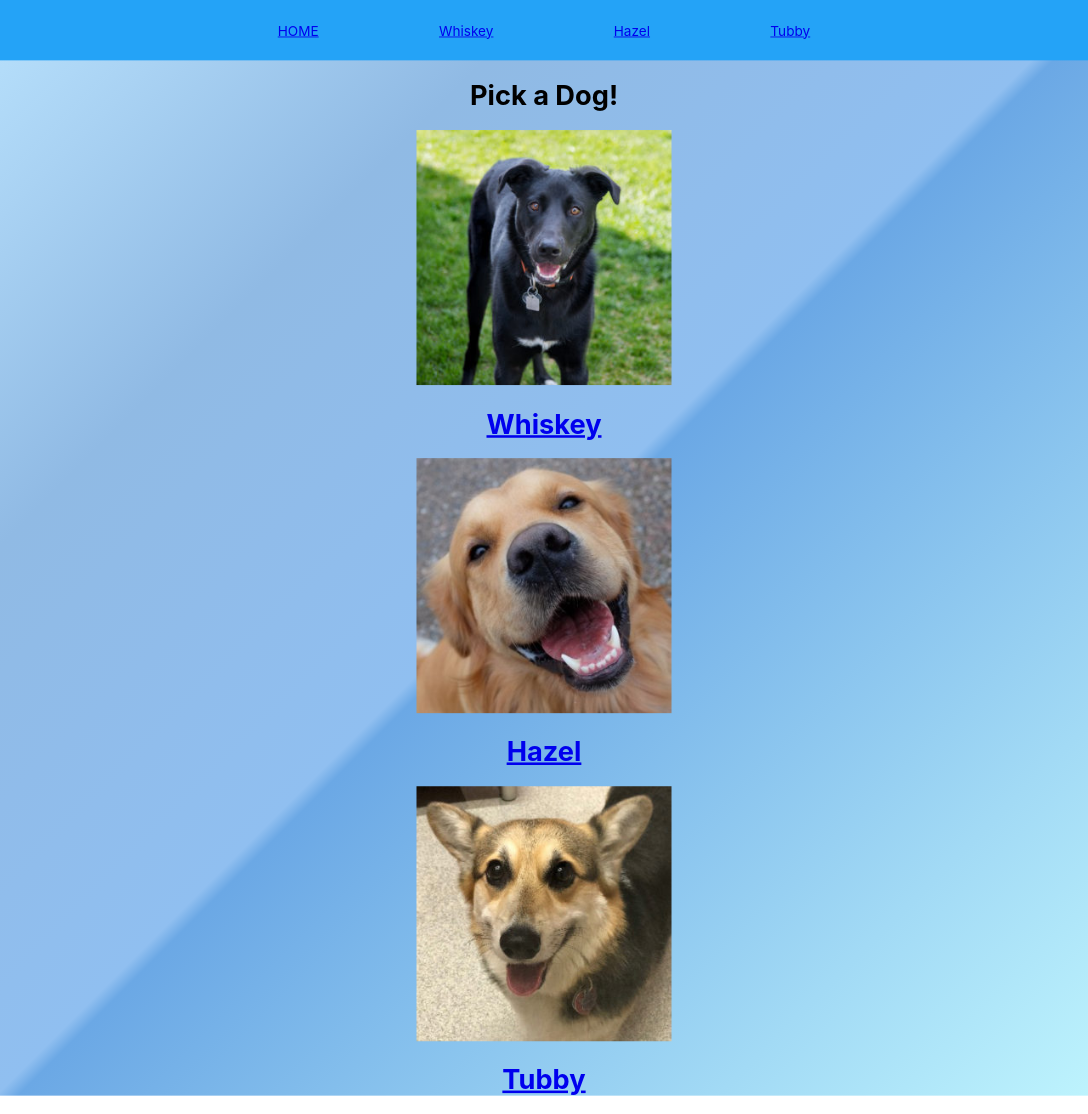
Repository: johnmutina/dog-finder
Page: /dogs
An editor plug-in stored every save of this project. The page is shown before and after the next save, followed by the edit.
The browser window is 1280 px wide. The pictures show the whole page, at 85% of full size.
The project was rebuilt for these pictures with package versions that can differ from the ones it lists, and the page was loaded fresh each time. Also part of the build but not shown: src/Dog.js.

Above is the page before, as saved 2019-07-28 15:04:18.

### src/App.js
import React, { Component } from "react";
import { Switch, Route, NavLink, Redirect } from "react-router-dom";
import DogFinder from "./DogFinder";
import Dog from "./Dog";
import "./App.css";

// Import all images in image folder
function importAll(r) {
  let images = {};
  r.keys().map((item, index) => {
    images[item.replace("./", "")] = r(item);
  });
  return images;
}

const images = importAll(
  require.context("./assets", false, /\.(gif|jpe?g|svg)$/)
);

class App extends Component {
  static defaultProps = {
    dogs: [
      {
        name: "Whiskey",
        age: 5,
        src: images["whiskey.jpg"],
        facts: [
          "Whiskey loves eating popcorn.",
          "Whiskey is a terrible guard dog.",
          "Whiskey wants to cuddle with you!"
        ]
      },
      {
        name: "Hazel",
        age: 3,
        src: images["hazel.jpg"],
        facts: [
          "Hazel has soooo much energy!",
          "Hazel is highly intelligent.",
          "Hazel loves people more than dogs."
        ]
      },
      {
        name: "Tubby",
        age: 4,
        src: images["tubby.jpg"],
        facts: [
          "Tubby is not the brightest dog",
          "Tubby does not like walks or exercise.",
          "Tubby loves eating food."
        ]
      }
    ]
  };

  render() {
    return (
      <div className="App">
        {/* NAVBAR */}
        <div className="App-navbar">
          <NavLink to="/dogs" activeClassName="App-active-navlink">
            HOME
          </NavLink>
          {this.props.dogs.map(dog => (
            <NavLink
              key={dog.name}
              to={`/dogs/${dog.name}`}
              activeClassName="App-active-navlink"
            >
              {dog.name}
            </NavLink>
          ))}
        </div>

        {/* ROUTES SETUP */}

        <Switch>
          <Route
            exact
            path="/dogs"
            render={routeProps => (
              <DogFinder dogs={this.props.dogs} {...routeProps} />
            )}
          />
          <Route
            exact
            path="/dogs/:name"
            render={routeProps => (
              <Dog
                {...this.props.dogs.filter(
                  dog => dog.name == routeProps.match.params.name
                )[0]}
                {...routeProps}
              />
            )}
          />
          <Route render={() => <Redirect to="/dogs" />} />
        </Switch>
      </div>
    );
  }
}

export default App;

### src/DogFinder.js
import React, { Component } from "react";
import { Link } from "react-router-dom";
import Dog from "./Dog";

class DogFinder extends Component {
  render() {
    return (
      <div className="DogFinder">
        <h1>Pick a Dog!</h1>
        {this.props.dogs.map(dog => (
          <Link to={`/dogs/${dog.name}`}>
            <div className="DogFinder-container">
              <img src={dog.src} alt={dog.name} />
              <h1>{dog.name}</h1>
            </div>
          </Link>
        ))}
      </div>
    );
  }
}

export default DogFinder;

### src/App.css
.App {
  text-align: center;
  background: #b8e1fc; /* Old browsers */
  background: -moz-linear-gradient(
    -45deg,
    #b8e1fc 0%,
    #a9d2f3 10%,
    #90bae4 25%,
    #90bcea 37%,
    #90bff0 50%,
    #6ba8e5 51%,
    #a2daf5 83%,
    #bdf3fd 100%
  ); /* FF3.6-15 */
  background: -webkit-linear-gradient(
    -45deg,
    #b8e1fc 0%,
    #a9d2f3 10%,
    #90bae4 25%,
    #90bcea 37%,
    #90bff0 50%,
    #6ba8e5 51%,
    #a2daf5 83%,
    #bdf3fd 100%
  ); /* Chrome10-25,Safari5.1-6 */
  background: linear-gradient(
    135deg,
    #b8e1fc 0%,
    #a9d2f3 10%,
    #90bae4 25%,
    #90bcea 37%,
    #90bff0 50%,
    #6ba8e5 51%,
    #a2daf5 83%,
    #bdf3fd 100%
  ); /* W3C, IE10+, FF16+, Chrome26+, Opera12+, Safari7+ */
  filter: progid:DXImageTransform.Microsoft.gradient( startColorstr='#b8e1fc', endColorstr='#bdf3fd',GradientType=1 ); /* IE6-9 fallback on horizontal gradient */
}
.App-navbar {
  display: flex;
  background-color: #24a3f7;
  justify-content: space-around;
  padding: 2% 20%;
}

Loaded but not shown: public/index.html (common file); src/index.js (common file); src/index.css (common file); src/serviceWorker.js (common file)

After the next save:
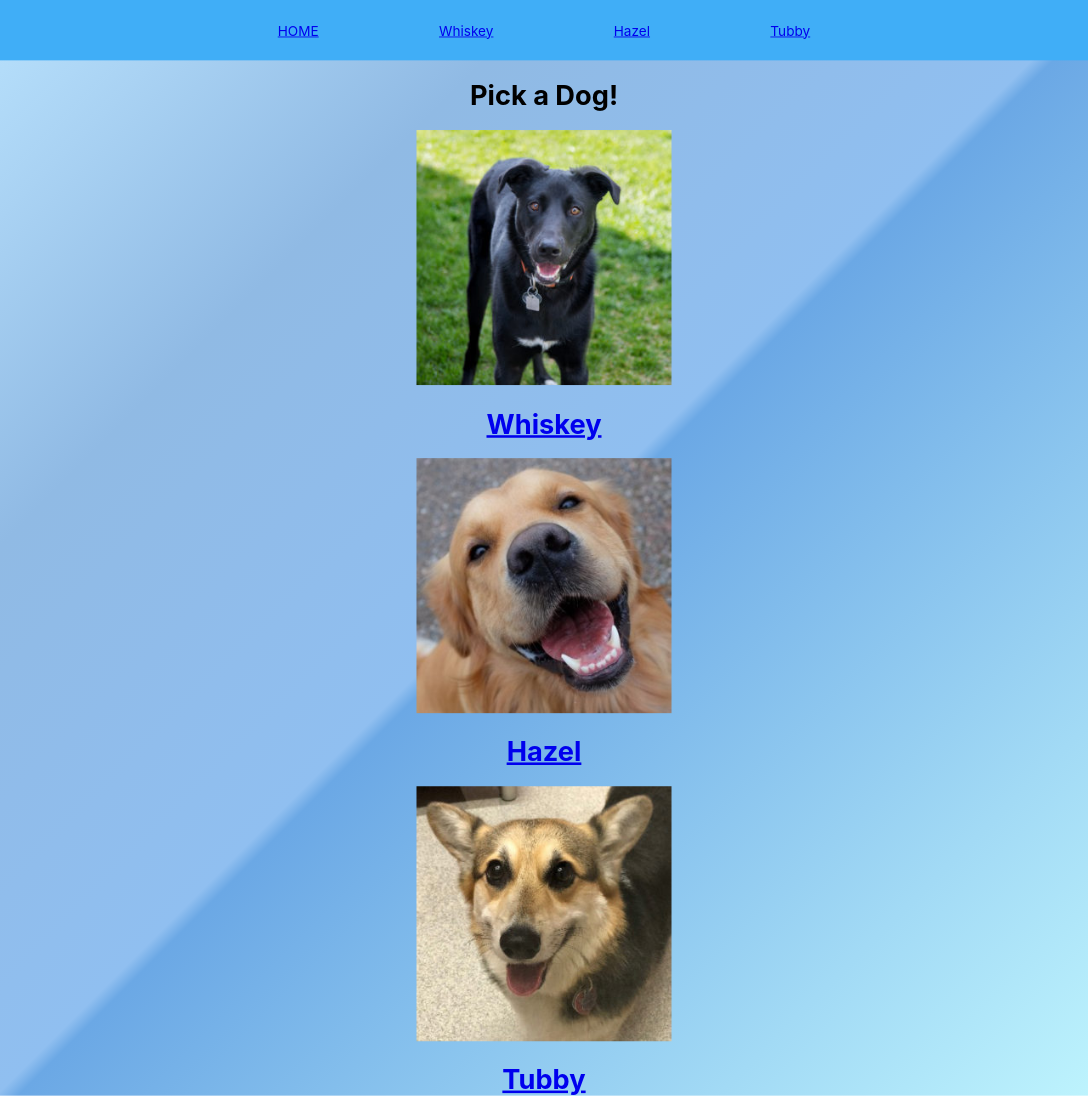
Saved 7 s later.
--- a/src/App.css
+++ b/src/App.css
@@ -38,7 +38,7 @@
 }
 .App-navbar {
   display: flex;
-  background-color: #24a3f7;
+  background-color: #40aef7;
   justify-content: space-around;
   padding: 2% 20%;
 }
